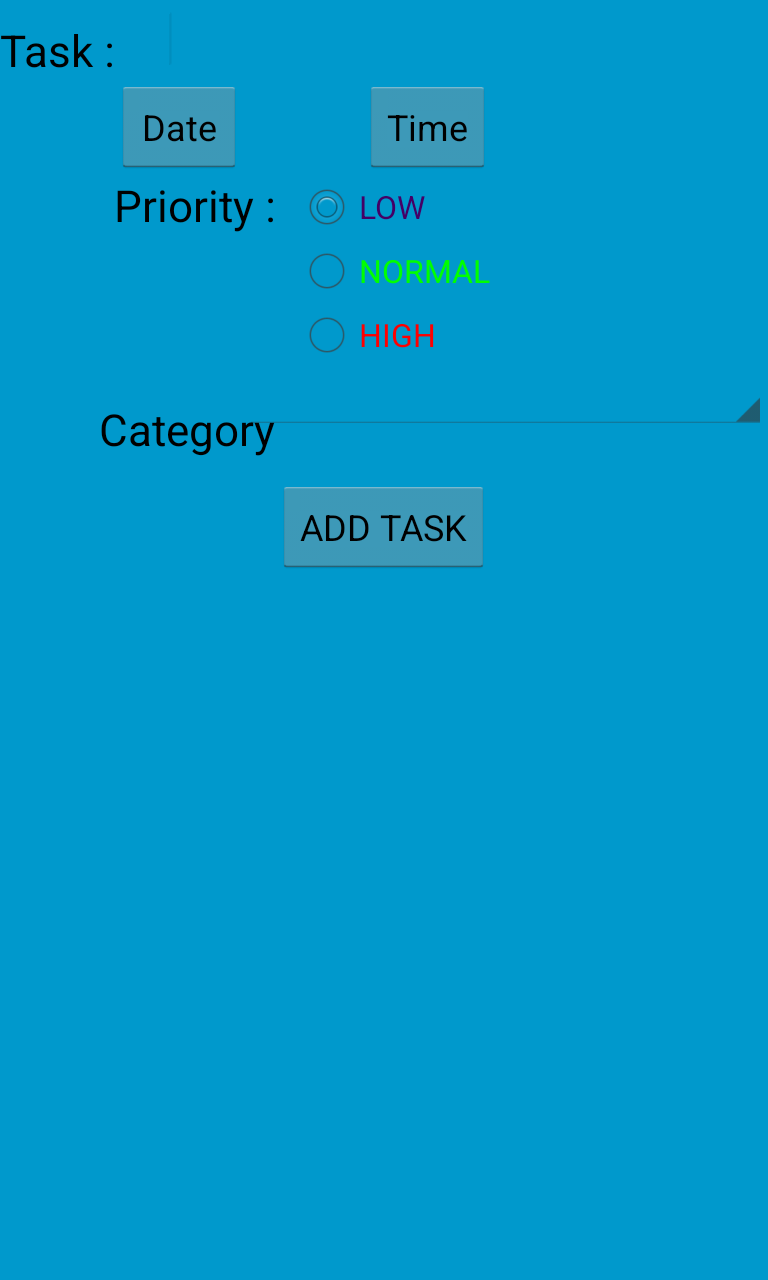
Repository: satyadarls/ToDo
Layout: ToDo/res/layout/customdialog_layout.xml
The author's editor kept a copy of each file at every save. The layout is drawn from the files as they stood at one save, then again after the next save.
It is drawn on a 768 x 1280 px phone screen (xhdpi) without system bars, with theme AppTheme; the app's code is not run.

Above is the layout before, as saved 2014-07-07 18:02:38.

After the next save:
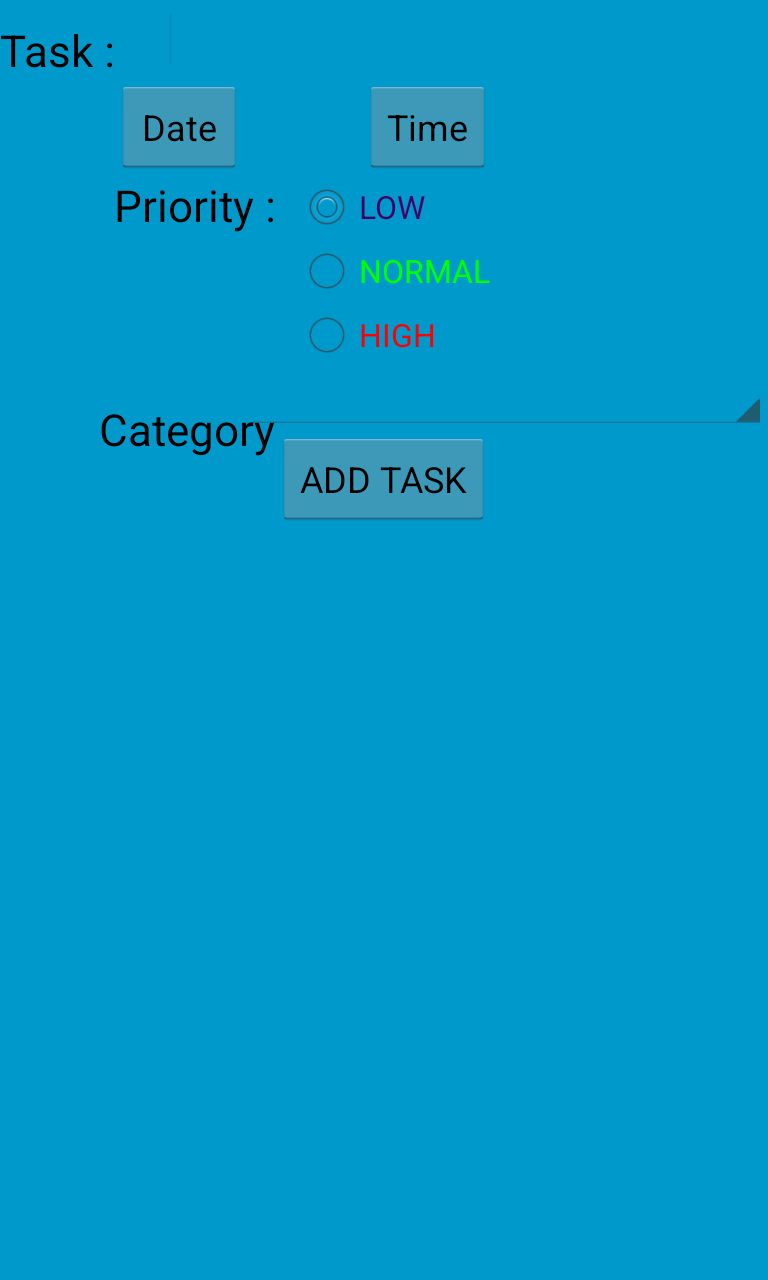
Saved 7 s later.
--- a/ToDo/res/layout/customdialog_layout.xml
+++ b/ToDo/res/layout/customdialog_layout.xml
@@ -82,15 +82,6 @@
         android1:layout_below="@+id/radioGroup1"
         android1:layout_toRightOf="@+id/datebutton" />
 
-    <Button
-        android1:id="@+id/dialogButton"
-        android1:layout_width="wrap_content"
-        android1:layout_height="wrap_content"
-        android1:layout_below="@+id/spinnercategory"
-        android1:layout_centerHorizontal="true"
-        android1:layout_marginTop="24dp"
-        android1:text="ADD TASK" />
-
     <TextView
         android1:id="@+id/textView2"
         android1:layout_width="wrap_content"
@@ -110,4 +101,12 @@
         android1:text="Category"
         android1:textAppearance="?android:attr/textAppearanceLarge" />
 
+    <Button
+        android1:id="@+id/dialogButton"
+        android1:layout_width="wrap_content"
+        android1:layout_height="wrap_content"
+        android1:layout_below="@+id/spinnercategory"
+        android1:layout_centerHorizontal="true"
+        android1:text="ADD TASK" />
+
 </RelativeLayout>
